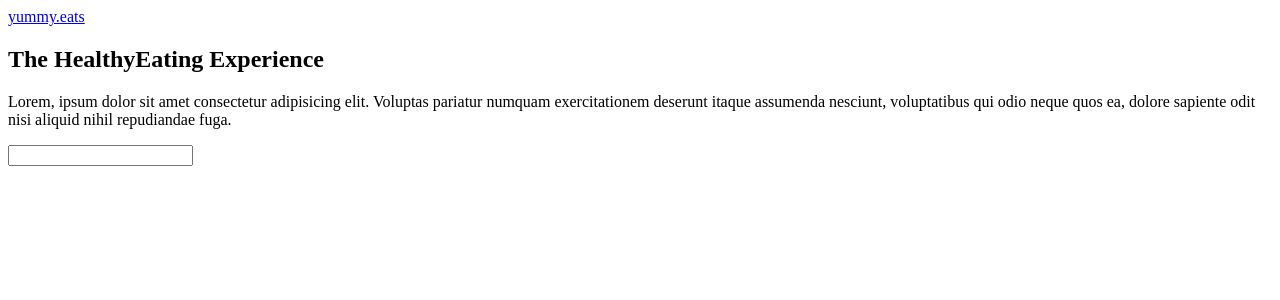
Repository: MansiLadkar/food_frontend
Page: index.html
The author's editor kept a copy of each file at every save. The page is drawn from the files as they stood at one save, then again after the next save.
The browser window is 1280 px wide. The pictures show the whole page.

Above is the page before, as saved 2023-01-13 13:13:47.

### index.html
<!DOCTYPE html>
<html lang="en">
  <head>
    <meta charset="UTF-8" />
    <meta http-equiv="X-UA-Compatible" content="IE=edge" />
    <meta name="viewport" content="width=device-width, initial-scale=1.0" />
    <title>Document</title>
    <link rel="stylesheet" href="css/main.css" />
  </head>
  <body>
    <div class="hero-bg">
      <section class="top">
        <header>
          <a href="#">yummy.eats</a>
        </header>
        <h1><span>The Healthy</span>Eating Experience</h1>
        <p>
          Lorem, ipsum dolor sit amet consectetur adipisicing elit. Voluptas
          pariatur numquam exercitationem deserunt itaque assumenda nesciunt,
          voluptatibus qui odio neque quos ea, dolore sapiente odit nisi aliquid
          nihil repudiandae fuga.
        </p>
        <div class="form-container">
          <form action="">
            <label for="city"> </label>
            <input type="text" name="city" id="city" />
          </form>
        </div>
      </section>
      <section></section>
    </div>
  </body>
</html>

Loaded but not shown: css/main.css (no stored copy; drawn as an empty file)

After the next save:
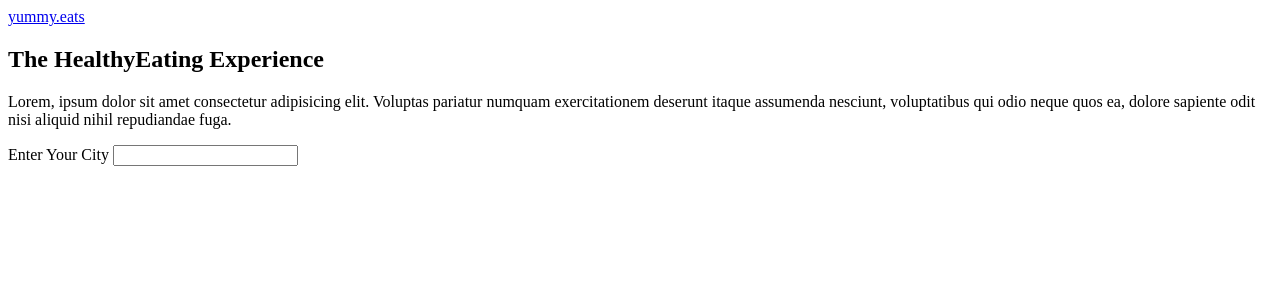
Saved 20 s later.
--- a/index.html
+++ b/index.html
@@ -22,7 +22,7 @@
         </p>
         <div class="form-container">
           <form action="">
-            <label for="city"> </label>
+            <label for="city">Enter Your City</label>
             <input type="text" name="city" id="city" />
           </form>
         </div>
